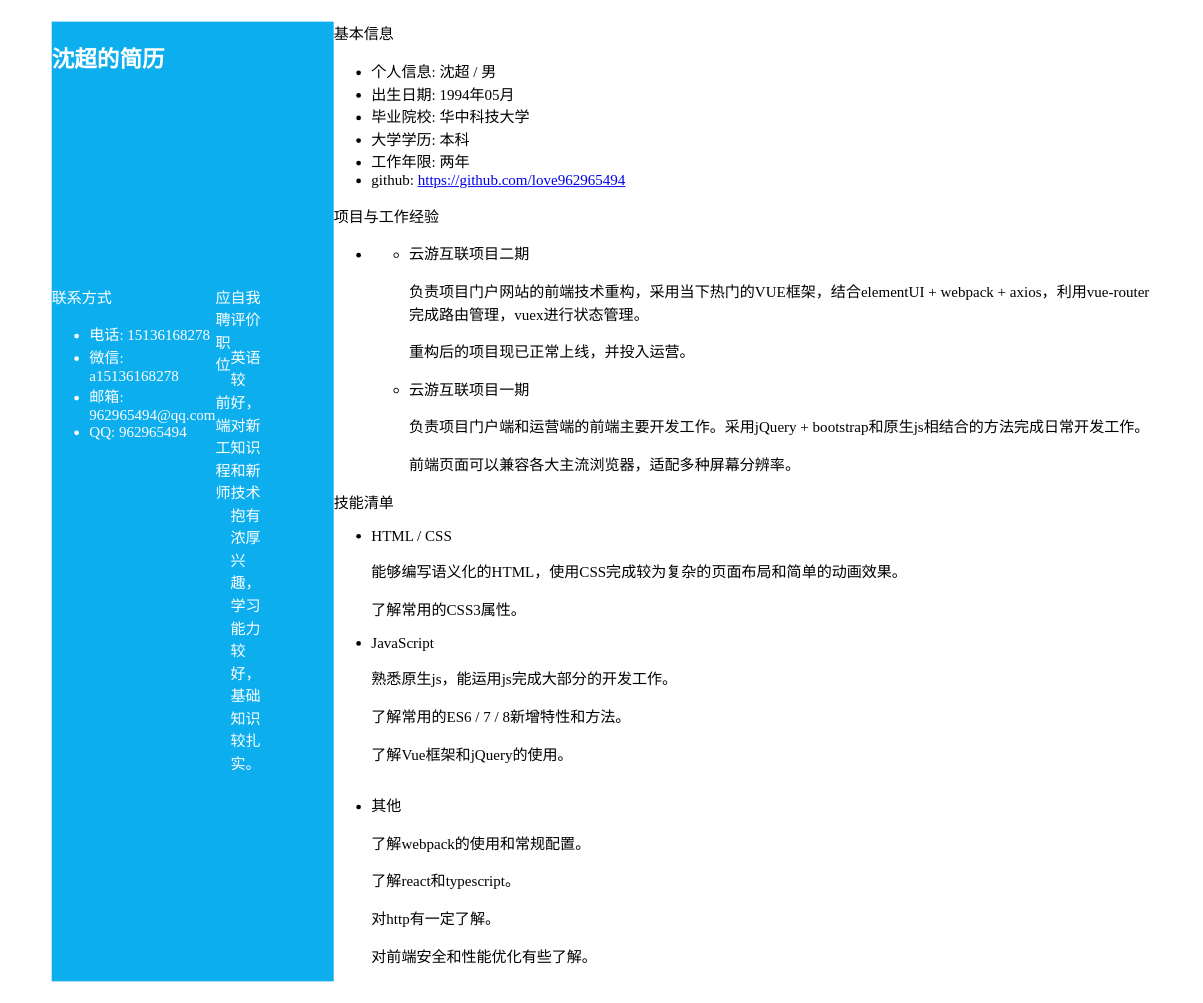
Repository: love962965494/my-resume
Page: index.html
These files come from the project's save history. The page is drawn as it stood at one moment and after the next save; the edit follows.
The browser window is 1280 px wide. The pictures show the whole page, at 94% of full size.
The style sheet was rebuilt from its Sass, Less or Tailwind sources for each picture, by a compiler version that may differ from the author's.

Above is the page before, as saved 2018-09-02 17:09:56.

After the next save:
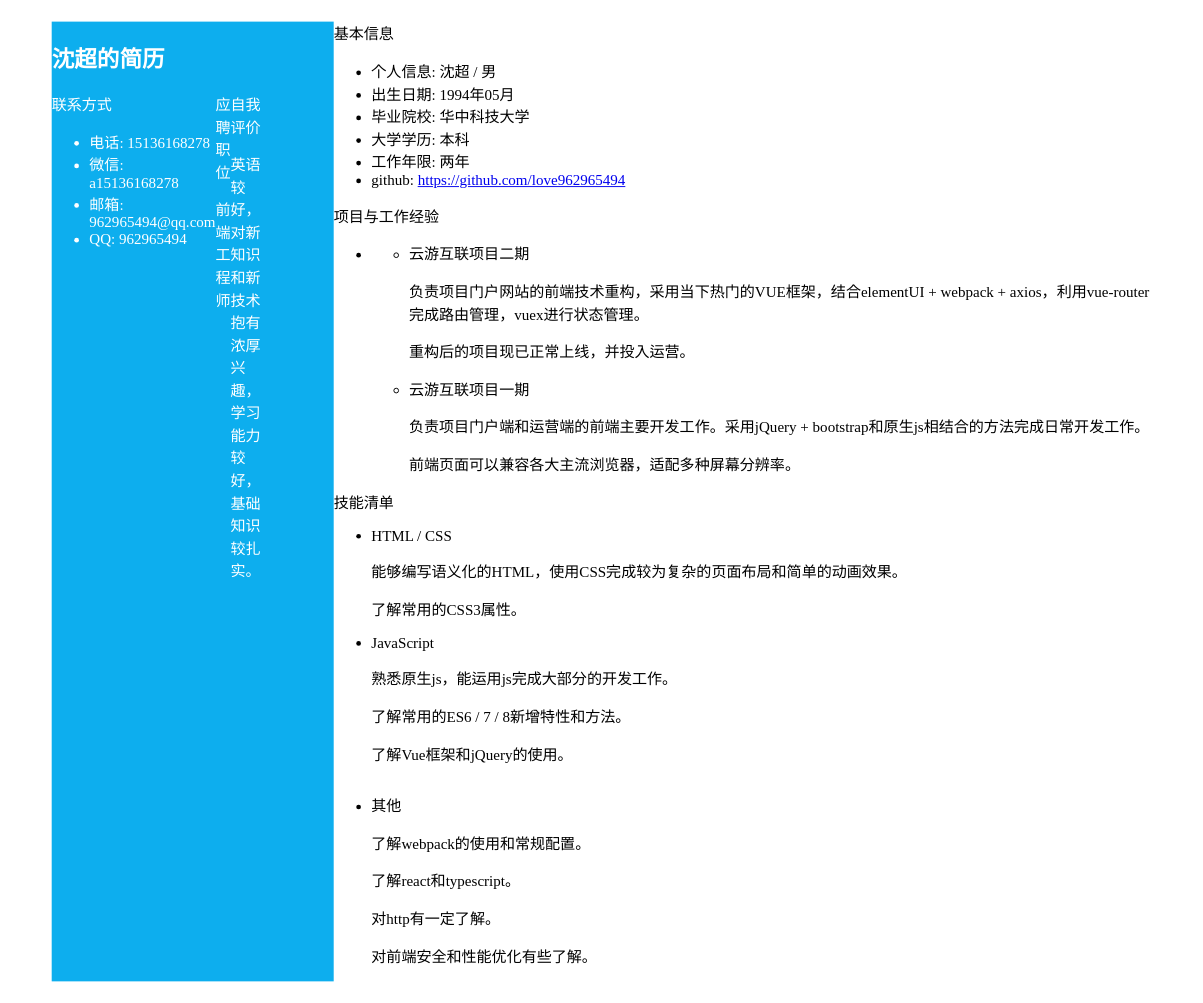
Saved 94 s later.
--- a/styles/myResume.scss
+++ b/styles/myResume.scss
@@ -24,7 +24,7 @@
 .content__left {
   display: grid;
   grid-template-columns: repeat(12, 1fr);
-  grid-template-rows: auto;
+  grid-template-rows: repeat(4, min-content);
   background-color: #0daeee;
   color: #fff;
 
